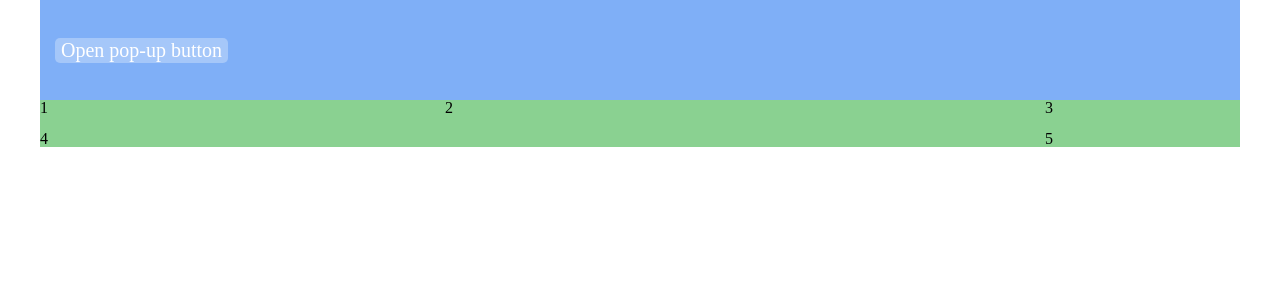
Repository: Evgenius190999999/nodasoft
Page: index.html
An editor plug-in stored every save of this project. The page is shown before and after the next save, followed by the edit.
The browser window is 1280 px wide. The pictures show the whole page.
Some web libraries are served in a nearby version. The style sheet was rebuilt from its Sass, Less or Tailwind sources for each picture, by a compiler version that may differ from the author's.

Above is the page before, as saved 2022-07-08 14:42:47.

### index.html
<!DOCTYPE html>
<html lang="en">

<head>
    <meta charset="UTF-8">
    <meta http-equiv="X-UA-Compatible" content="IE=edge">
    <meta name="viewport" content="width=device-width, initial-scale=1.0">
    <link rel="stylesheet" href="./style/normalize.css">
    <link rel="stylesheet" href="./style/reset.css">
    <link rel="stylesheet" href="./style/style.css">
    <script src="https://kit.fontawesome.com/33ab42410f.js" crossorigin="anonymous"></script>
    <title>Nodasoft</title>
</head>

<body>
    <header class="header container">
        <button class="open__popup">Open pop-up button</button>
    </header>
    <div class="parent container">
        <div class="div1">1</div>
        <div class="div2">2</div>
        <div class="div3">3</div>
        <div class="div4">4</div>
        <div class="div5">5</div>
    </div>

</body>

</html>

### style/sass/style.sass

*, *::after, *::before
    box-sizing: border-box

.header
    display: flex
    align-items: center
    justify-content: flex-start
    padding: 0 15px
    background: #7FAFF7
    height: 100px

.container
    max-width: 1200px
    margin: 0 auto

.open__popup
    background: #A5C7F9
    border-radius: 5px
    border: none
    font-size: 20px
    line-height: 23px
    color: #FFFFFF

.parent
    display: grid
    grid-template-columns: 2fr 3fr 1fr
    grid-template-rows: repeat(2, 1fr)
    grid-column-gap: 15px
    grid-row-gap: 15px
    background: #8AD191

.div1
    grid-area: 1 / 1 / 2 / 2

.div2
    grid-area: 1 / 2 / 2 / 3
.div3
    grid-area: 1 / 3 / 2 / 4
.div4
    grid-area: 2 / 1 / 3 / 3
.div5
    grid-area: 2 / 3 / 3 / 4

Loaded but not shown: style/normalize.css (library); style/reset.css (common file)

After the next save:
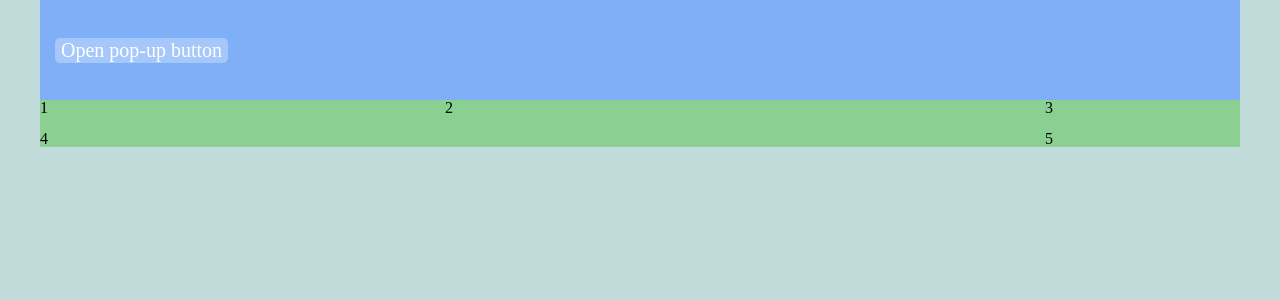
Saved 26 s later.
--- a/style/sass/style.sass
+++ b/style/sass/style.sass
@@ -1,6 +1,9 @@
 
 *, *::after, *::before
     box-sizing: border-box
+
+body
+    background: #C0DBD9
 
 .header
     display: flex

After the 2 saves that followed:
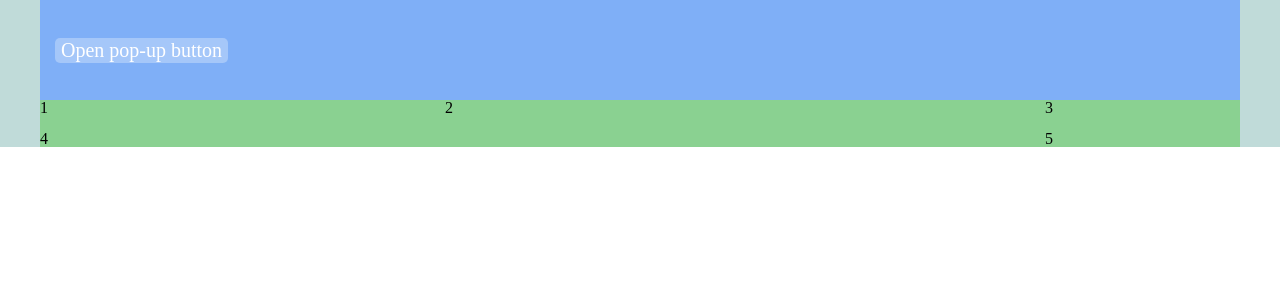
The 2 saves are shown as one change because 1 left the picture as it was.
The last was saved 32 s later.
--- a/index.html
+++ b/index.html
@@ -13,15 +13,17 @@
 </head>
 
 <body>
-    <header class="header container">
-        <button class="open__popup">Open pop-up button</button>
-    </header>
-    <div class="parent container">
-        <div class="div1">1</div>
-        <div class="div2">2</div>
-        <div class="div3">3</div>
-        <div class="div4">4</div>
-        <div class="div5">5</div>
+    <div class="wrapper">
+        <header class="header container">
+            <button class="open__popup">Open pop-up button</button>
+        </header>
+        <div class="parent container">
+            <div class="div1">1</div>
+            <div class="div2">2</div>
+            <div class="div3">3</div>
+            <div class="div4">4</div>
+            <div class="div5">5</div>
+        </div>
     </div>
 
 </body>
--- a/style/sass/style.sass
+++ b/style/sass/style.sass
@@ -2,7 +2,7 @@
 *, *::after, *::before
     box-sizing: border-box
 
-body
+.wrapper
     background: #C0DBD9
 
 .header
